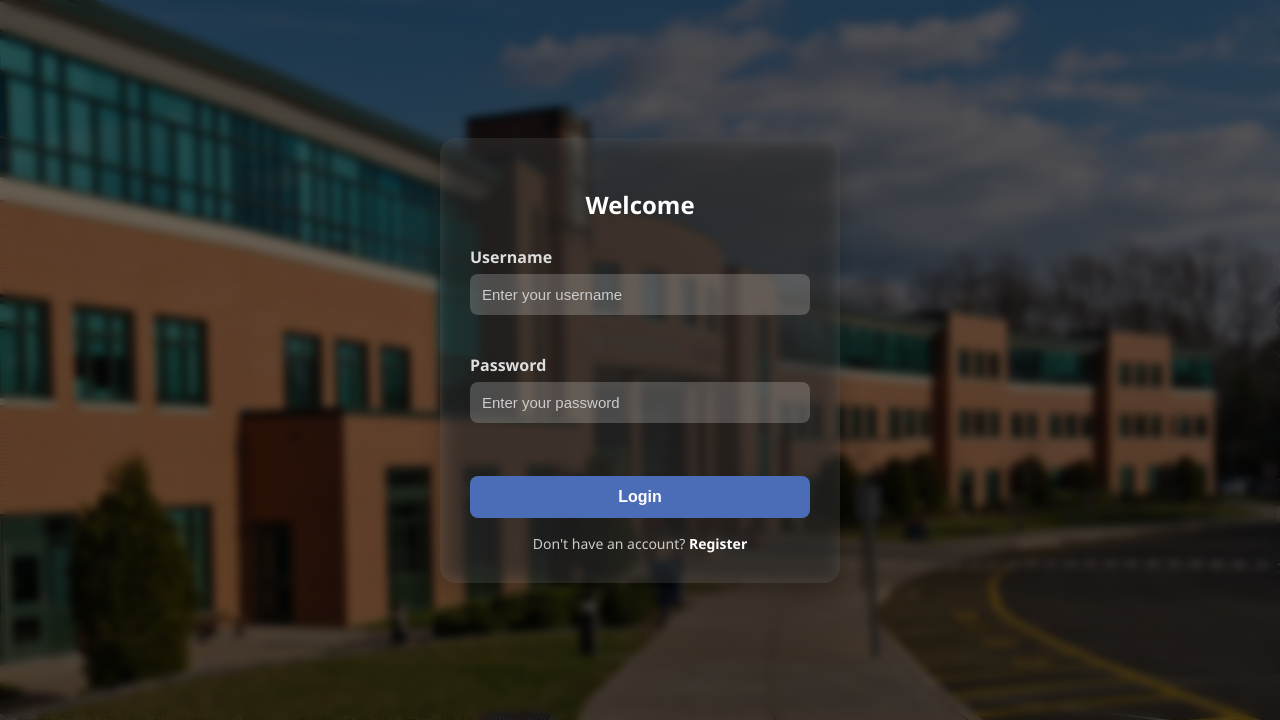
Repository: SG-Coder67/LMS
Page: login.html
The author's editor kept a copy of each file at every save. The page is drawn from the files as they stood at one save, then again after the next save.
The browser window is 1280 px wide. The pictures show the whole page.

Above is the page before, as saved 2025-04-10 08:59:57.

After the next save:
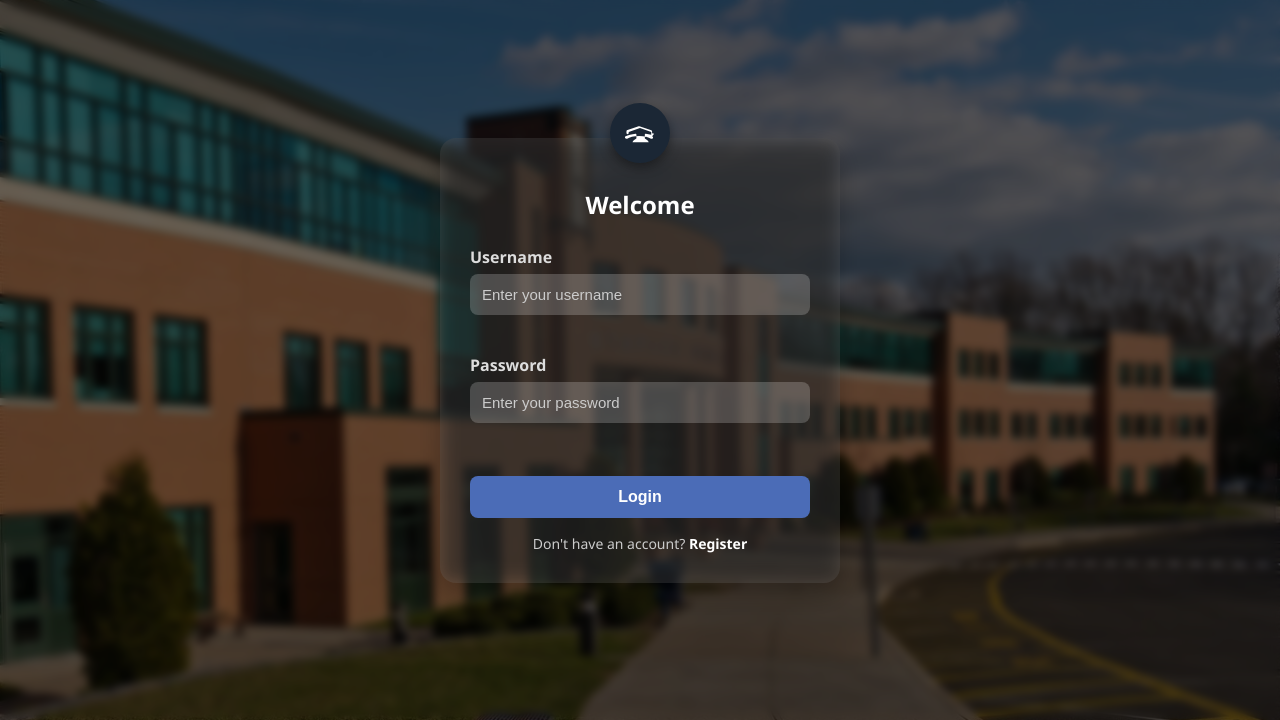
Saved 71 s later.
--- a/login.html
+++ b/login.html
@@ -173,6 +173,12 @@
 <body>
     <div class="overlay"></div>
     <div class="login-container">
+        <div class="graduation-icon">
+            <svg xmlns="http://www.w3.org/2000/svg" viewBox="0 0 640 512">
+                <path
+                    d="M622.3 271.1c-17.8-4.5-30.6-7.8-44.3-11.3v-37.5c0-10.5-6.7-19.9-16.7-23.2l-254-88c-5.1-1.8-10.6-1.8-15.7 0l-254 88C37.7 202.4 31 211.8 31 222.3V256c0 13.3 10.7 24 24 24s24-10.7 24-24v-22.3L320 150l240 83v61.5c-36.4-8.9-77.3-16.3-120.6-21.3-8.8-1.1-16.7 5.5-16.7 14.4v76.4c0 5.9 3.2 11.3 8.3 14.1 31.1 16.5 68.5 46.7 75.2 74.5H160c6.8-27.9 44.1-58 75.2-74.5 5.1-2.7 8.3-8.1 8.3-14.1v-76.4c0-8.9-7.9-15.5-16.7-14.4-86.6 10.8-162.2 32.6-213.8 50.5C3.6 329.8-5.8 347.2 2.2 362.3S31.5 384 46.2 376.1c47.4-24.6 142.3-54.6 254.4-54.6s207 30 254.4 54.6c14.7 7.9 33.2-.2 41.2-15.3s-1.5-32.5-17.9-35.7z" />
+            </svg>
+        </div>
         <h2>Welcome</h2>
         <form id="loginForm">
             <div class="input-group">
@@ -196,14 +202,18 @@
     <script>
         document.getElementById("loginForm").addEventListener("submit", function (event) {
             event.preventDefault();
+
             let username = document.getElementById("username").value.trim();
             let password = document.getElementById("password").value.trim();
+
             let usernameError = document.getElementById("usernameError");
             let passwordError = document.getElementById("passwordError");
             let loginError = document.getElementById("loginError");
+
             usernameError.textContent = "";
             passwordError.textContent = "";
             loginError.textContent = "";
+
             if (username.length > 16) {
                 usernameError.textContent = "Username must be less than 16 characters";
                 return;
@@ -212,10 +222,12 @@
                 passwordError.textContent = "Password must be between 8 and 16 characters";
                 return;
             }
+
             let xhr = new XMLHttpRequest();
             xhr.open("POST", "/api/auth/login", true);
             xhr.setRequestHeader("Content-Type", "application/json");
             xhr.withCredentials = true;
+
             xhr.onreadystatechange = function () {
                 if (xhr.readyState === 4) {
                     let responseText = xhr.responseText;
@@ -227,6 +239,7 @@
                         loginError.textContent = "An unexpected error occurred. Please try again.";
                         return;
                     }
+
                     if (xhr.status === 200 && data.msg === "Login successful") {
                         if (data.role === "student") {
                             window.location.href = "/student_dashboard.html";
@@ -241,6 +254,7 @@
                     }
                 }
             };
+
             xhr.onerror = function () {
                 loginError.textContent = "Network error occurred. Please check your connection.";
             };
